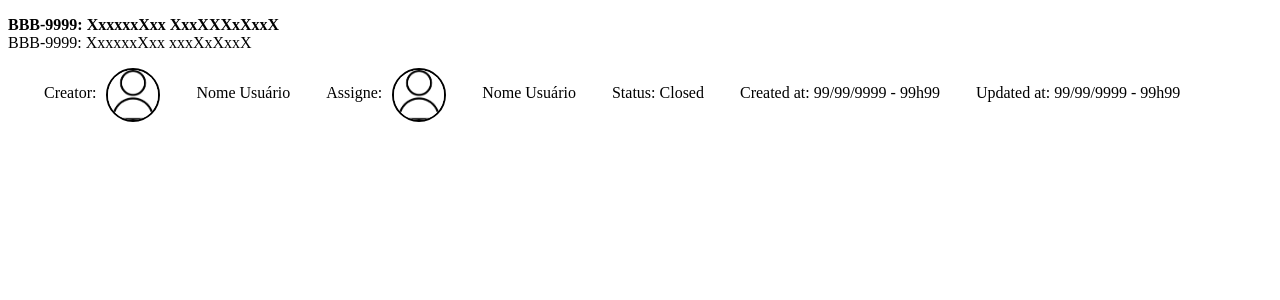
Repository: AnaBerlanda/PaginaFer
Page: index.html
These files come from the project's save history. The page is drawn as it stood at one moment and after the next save; the edit follows.
The browser window is 1280 px wide. The pictures show the whole page.

Above is the page before, as saved 2022-05-20 16:00:10.

After the next save:
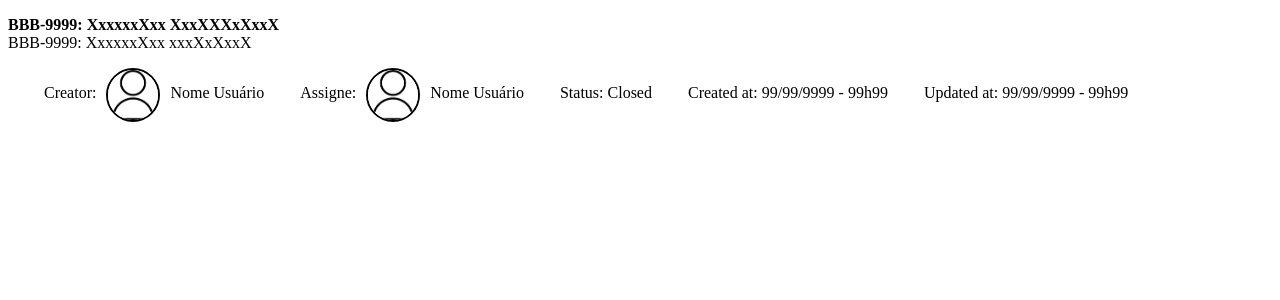
Saved 11 s later.
--- a/index.html
+++ b/index.html
@@ -19,7 +19,7 @@
         <div class="imagem">
             <img src="imagem/Icone-usuario-Png-1024x1024.png">
         </div>
-        <div class="textos">
+        <div class="nome-usuario">
             <p>Nome Usuário</p>
         </div>
         <div class="textos">
@@ -28,7 +28,7 @@
             <div class="imagem">
                 <img src="imagem/Icone-usuario-Png-1024x1024.png">
             </div>
-            <div class="textos">
+            <div class="nome-usuario">
                 <p>Nome Usuário</p>
             </div>
         <div class="textos">
